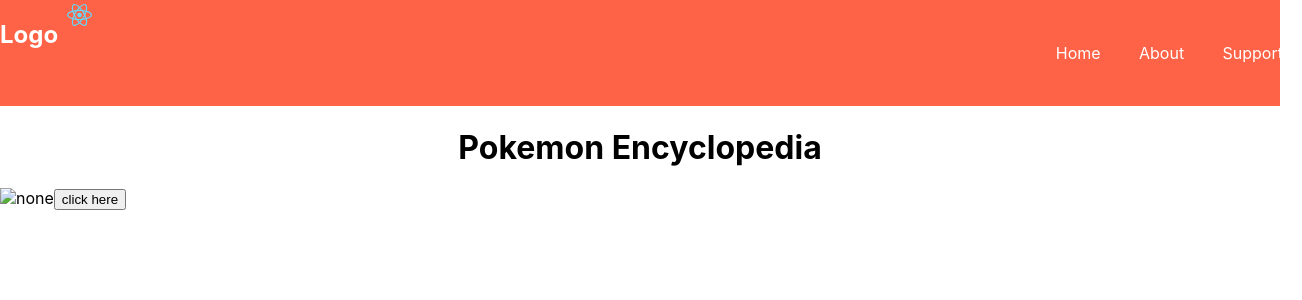
Repository: Gibberlin/pokedex
Page: /
An editor plug-in stored every save of this project. The page is shown before and after the next save, followed by the edit.
The browser window is 1280 px wide. The page is 1302 px wide, so the pictures cover 1302 px, including what lies to the right of the window. The pictures show the whole page.
The project was rebuilt for these pictures with package versions that can differ from the ones it lists, and the page was loaded fresh each time.

Above is the page before, as saved 2021-09-29 20:45:15.

After the next save:
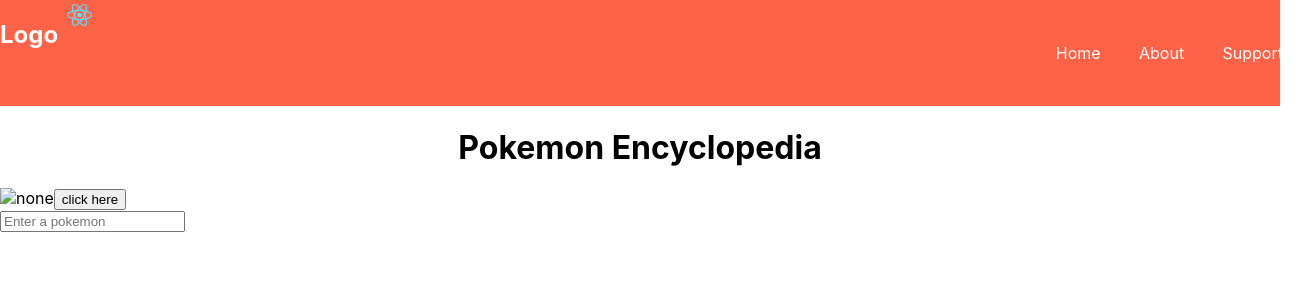
Saved 2 min 34 s later.
--- a/src/components/Cards.js
+++ b/src/components/Cards.js
@@ -27,6 +27,9 @@
             <h1>{poke}</h1>
             <img src={sp} alt="none"/>
             <button onClick={()=>getPoke()}>click here</button>
+            <div>
+            <input type="text" onChange={()=>setQuery()} placeholder="Enter a pokemon" />
+            </div>
 
         </div>
     )
